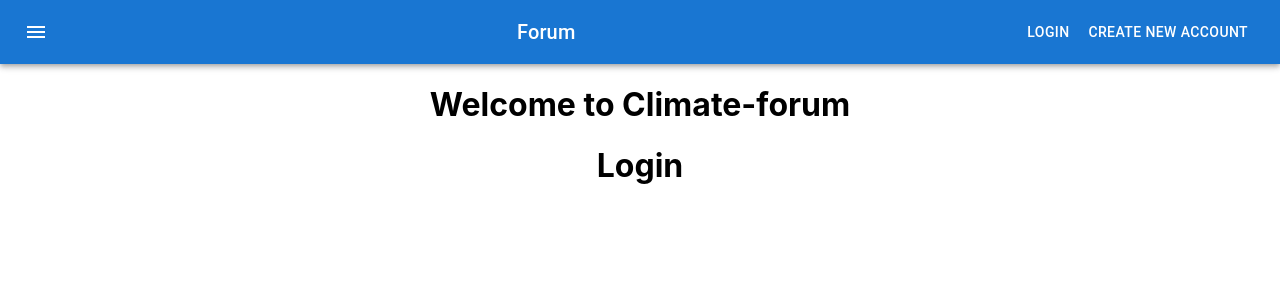
Repository: nj10deadend/mern-app-w-gql
Page: /login (app in client/climate-forum/)
These files come from the project's save history. The page is drawn as it stood at one moment and after the next save; the edit follows.
The browser window is 1280 px wide. The pictures show the whole page.
The project was rebuilt for these pictures with package versions that can differ from the ones it lists, and the page was loaded fresh each time. Also part of the build but not shown: client/climate-forum/src/components/Registration.js.

Above is the page before, as saved 2022-01-11 23:48:03.

### client/climate-forum/public/index.html
<!DOCTYPE html>
<html lang="en">
  <head>
    <meta charset="utf-8" />
    <link rel="icon" href="%PUBLIC_URL%/favicon.ico" />
    <meta name="viewport" content="width=device-width, initial-scale=1" />
    <meta name="theme-color" content="#000000" />
    <meta
      name="description"
      content="Web site created using create-react-app"
    />
    <link rel="apple-touch-icon" href="%PUBLIC_URL%/logo192.png" />
    <!--
      manifest.json provides metadata used when your web app is installed on a
      user's mobile device or desktop. See https://developers.google.com/web/fundamentals/web-app-manifest/
    -->
    <link rel="manifest" href="%PUBLIC_URL%/manifest.json" />
    <!--
      Notice the use of %PUBLIC_URL% in the tags above.
      It will be replaced with the URL of the `public` folder during the build.
      Only files inside the `public` folder can be referenced from the HTML.

      Unlike "/favicon.ico" or "favicon.ico", "%PUBLIC_URL%/favicon.ico" will
      work correctly both with client-side routing and a non-root public URL.
      Learn how to configure a non-root public URL by running `npm run build`.
    -->
    <title>Climate forum</title>
  </head>
  <body>
    <noscript>You need to enable JavaScript to run this app.</noscript>
    <div id="root"></div>
    <!--
      This HTML file is a template.
      If you open it directly in the browser, you will see an empty page.

      You can add webfonts, meta tags, or analytics to this file.
      The build step will place the bundled scripts into the <body> tag.

      To begin the development, run `npm start` or `yarn start`.
      To create a production bundle, use `npm run build` or `yarn build`.
    -->
  </body>
</html>

### client/climate-forum/src/index.js
import ReactDOM from 'react-dom';
import ApolloProviderHub from './ApolloProvider';
import './index.css';
// import App from './App';
import reportWebVitals from './reportWebVitals';

// Moved React.StrictMode to ApolloProvider componenet
ReactDOM.render(<ApolloProviderHub />, document.getElementById('root'));

// If you want to start measuring performance in your app, pass a function
// to log results (for example: reportWebVitals(console.log))
// or send to an analytics endpoint. Learn more: https://bit.ly/CRA-vitals
reportWebVitals();

### client/climate-forum/src/ApolloProvider.js
import App from './App';
import React from 'react';
import { ApolloClient, InMemoryCache, ApolloProvider, useQuery, gql} from "@apollo/client";


const client = new ApolloClient({
    uri: 'http://localhost:5000/',
    cache: new InMemoryCache()
});

function ApolloProviderHub() {
    return (
        <React.StrictMode>
            <ApolloProvider client={client}>
                <App />
            </ApolloProvider>
        </React.StrictMode>
    )
}

export default ApolloProviderHub;

### client/climate-forum/src/App.js
import './App.css';
import Home from './Home';

function App() {
  return (

    <Home />

  );
}

export default App;

### client/climate-forum/src/Home.js
import { BrowserRouter } from 'react-router-dom';
import { Route, Routes} from 'react-router-dom';

import Login from './components/Login';
import NavBar from './components/NavBar';
import Registration from './components/Registration';

function Home () {
    return (
        <div className="App">
            <NavBar />
            <h1>Welcome to Climate-forum</h1>
            <BrowserRouter>
                <Routes>
                    <Route path="/login" element={<Login />} />
                    <Route path="/register" element={<Registration />} />
                </Routes>

            </BrowserRouter>
        </div>
    )
}

export default Home;

### client/climate-forum/src/components/Login.js
function Login () {
    return (
        <div>
            <h1>Login</h1>
        </div>
    )
}

export default Login;

### client/climate-forum/src/components/NavBar.js
import * as React from 'react';
import AppBar from '@mui/material/AppBar';
import Box from '@mui/material/Box';
import Toolbar from '@mui/material/Toolbar';
import Typography from '@mui/material/Typography';
import Button from '@mui/material/Button';
import IconButton from '@mui/material/IconButton';
import MenuIcon from '@mui/icons-material/Menu';

export default function NavBar() {
    return (
      <Box sx={{ flexGrow: 1 }}>
        <AppBar position="static">
          <Toolbar>
            <IconButton
              size="large"
              edge="start"
              color="inherit"
              aria-label="menu"
              sx={{ mr: 2 }}
            >
              <MenuIcon />
            </IconButton>
            <Typography variant="h6" component="div" sx={{ flexGrow: 1 }}>
              Forum
            </Typography>
            <Button color="inherit">Login</Button>
            <Button color="inherit">Create new Account</Button>
          </Toolbar>
        </AppBar>
      </Box>
    );
  }

Loaded but not shown: client/climate-forum/src/index.css (common file); client/climate-forum/src/reportWebVitals.js (common file); client/climate-forum/src/App.css (common file)

After the next save:
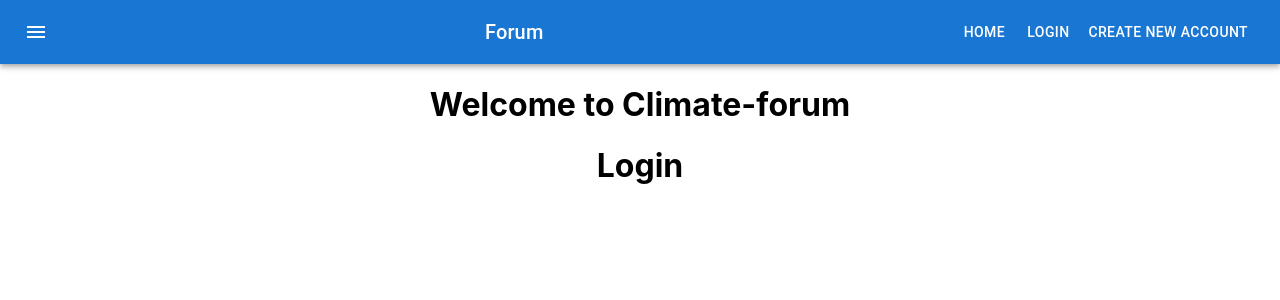
Saved 82 s later.
--- a/client/climate-forum/src/components/NavBar.js
+++ b/client/climate-forum/src/components/NavBar.js
@@ -24,6 +24,7 @@ export default function NavBar() {
             <Typography variant="h6" component="div" sx={{ flexGrow: 1 }}>
               Forum
             </Typography>
+            <Button color="inherit">Home</Button>
             <Button color="inherit">Login</Button>
             <Button color="inherit">Create new Account</Button>
           </Toolbar>
